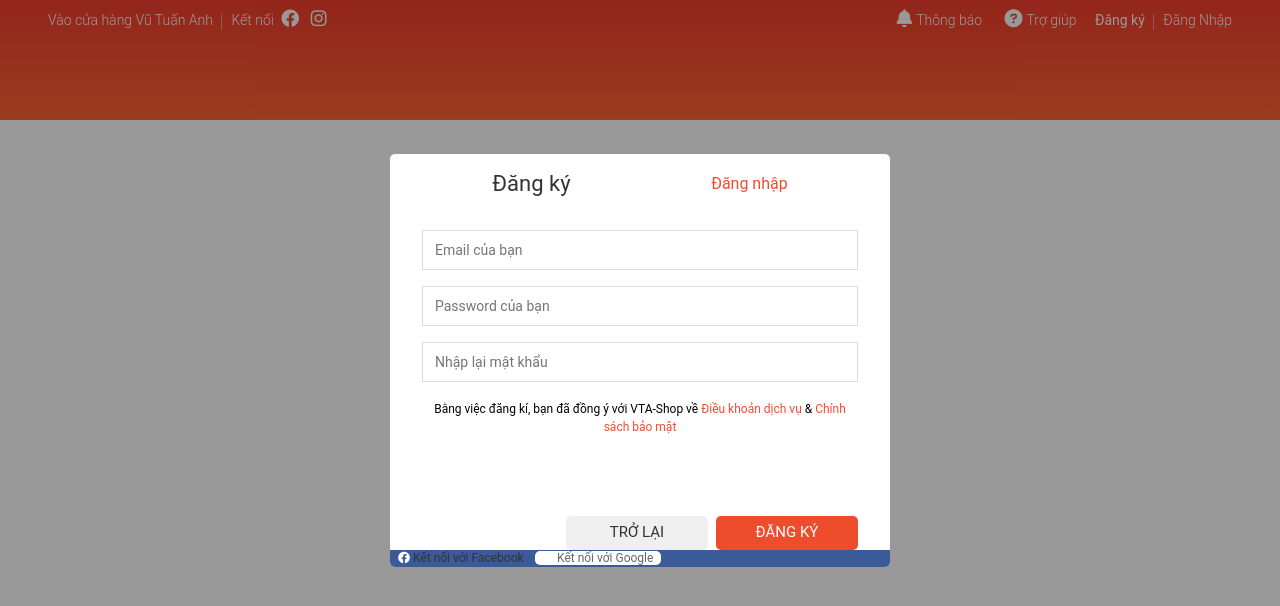
Repository: VuTuanAnh0949/Shopee
Page: index.html
The author's editor kept a copy of each file at every save. The page is drawn from the files as they stood at one save, then again after the next save.
The browser window is 1280 px wide. The pictures show the whole page.

Above is the page before, as saved 2022-02-16 13:40:56.

After the next save:
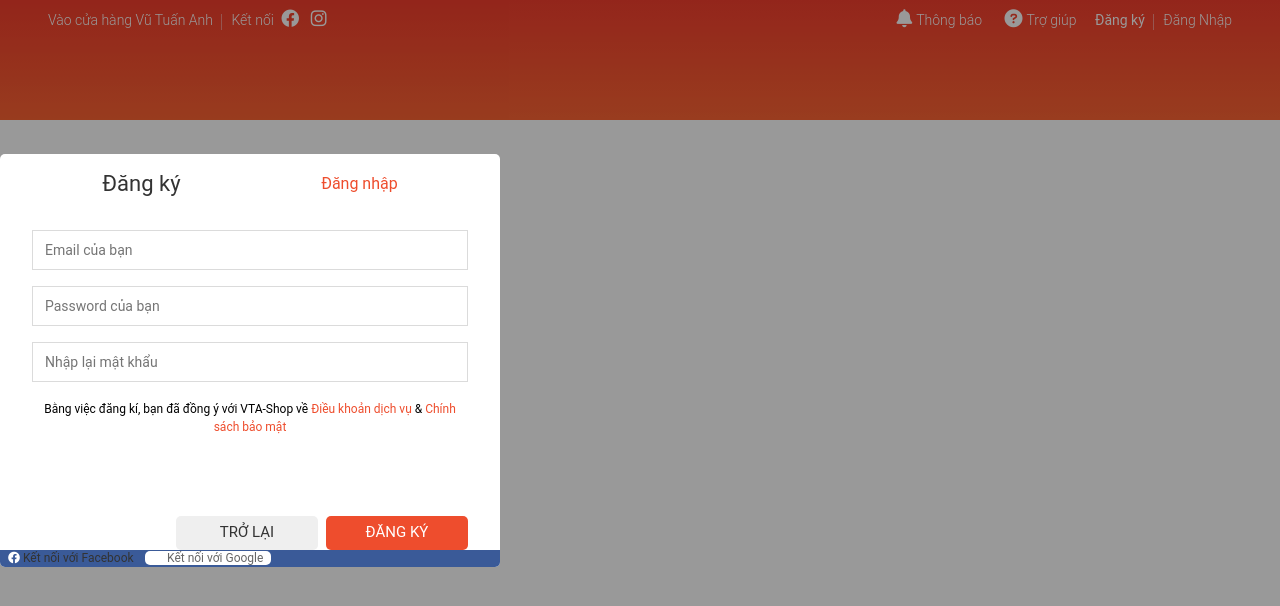
Saved 12 s later.
--- a/assets/css/base.css
+++ b/assets/css/base.css
@@ -50,7 +50,7 @@
   background-color: rgba(0,0,0,0.4);
 }
 .modal__body{
-  width: 500px;
+  width: 5000px;
  /*  height: 600px; */
   margin: auto;
   position: relative;

After the save that followed:
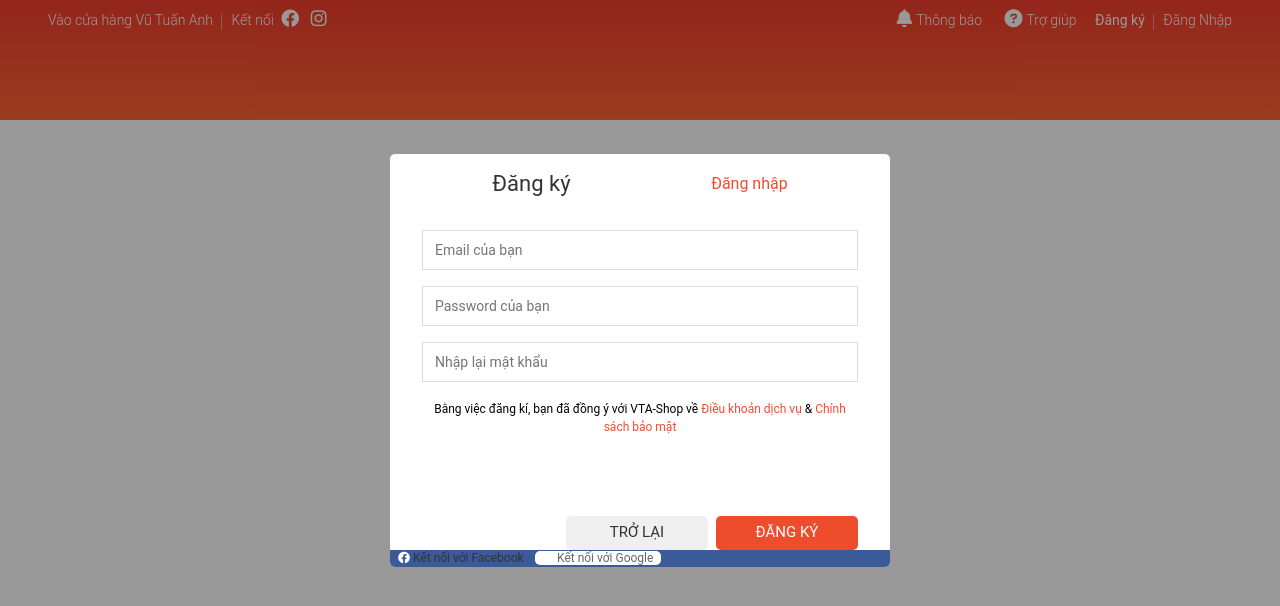
Saved 11 s later.
--- a/assets/css/base.css
+++ b/assets/css/base.css
@@ -50,7 +50,7 @@
   background-color: rgba(0,0,0,0.4);
 }
 .modal__body{
-  width: 5000px;
+  width: 500px;
  /*  height: 600px; */
   margin: auto;
   position: relative;
